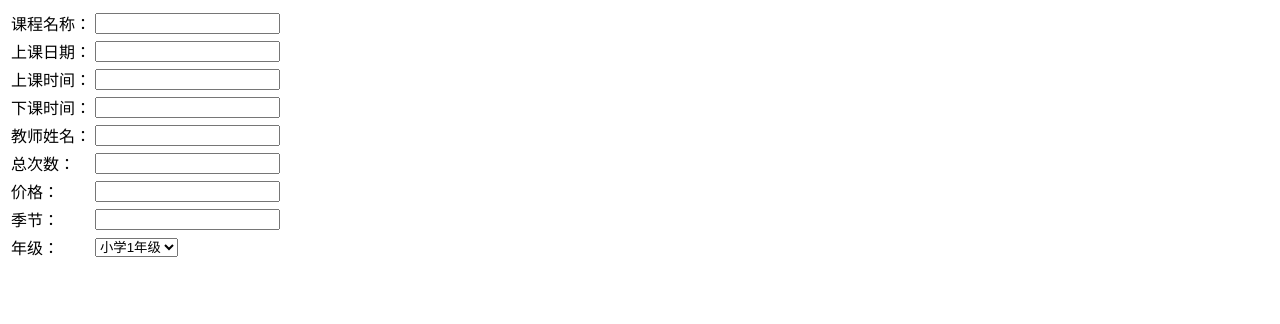
Repository: arkulo56/codeLibrary
Page: http://localhost/firstWeb/addCourse.jsp
These files come from the project's save history. The page is drawn as it stood at one moment and after the next save; the edit follows.
The browser window is 1280 px wide. The pictures show the whole page.
The page is served by Tomcat 9.

Above is the page before, as saved 2016-04-21 08:26:37.

After the next save:
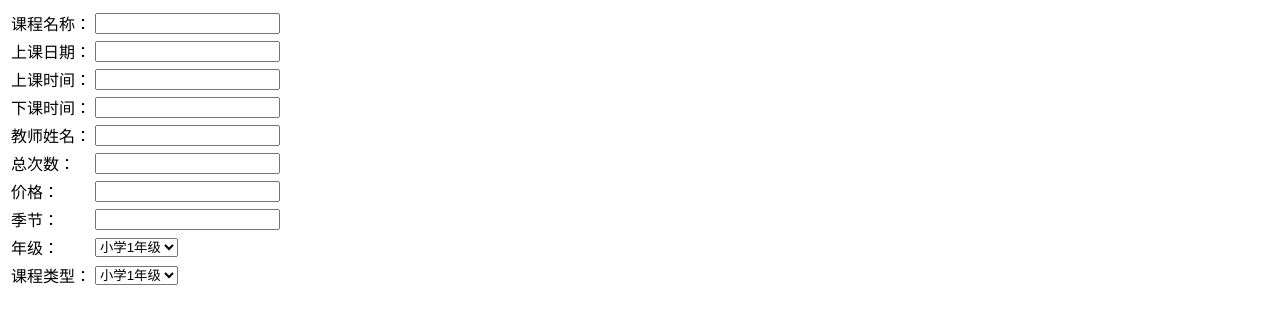
Saved 18 s later.
--- a/java/firstWeb/WebContent/addCourse.jsp
+++ b/java/firstWeb/WebContent/addCourse.jsp
@@ -62,7 +62,25 @@
 	</select>
 	</td>
 </tr>
-
+<tr>
+	<td>课程类型：</td>
+	<td>
+	<select name="classLevel">
+		<option value="1">小学1年级</option>
+		<option value="2">小学2年级</option>
+		<option value="3">小学3年级</option>
+		<option value="4">小学4年级</option>
+		<option value="5">小学5年级</option>
+		<option value="6">小学6年级</option>
+		<option value="7">初中1年级</option>
+		<option value="8">初中2年级</option>
+		<option value="9">初中3年级</option>
+		<option value="10">高中1年级</option>
+		<option value="11">高中2年级</option>
+		<option value="12">高中3年级</option>
+	</select>
+	</td>
+</tr>
 </table>
 </form>
 </body>
